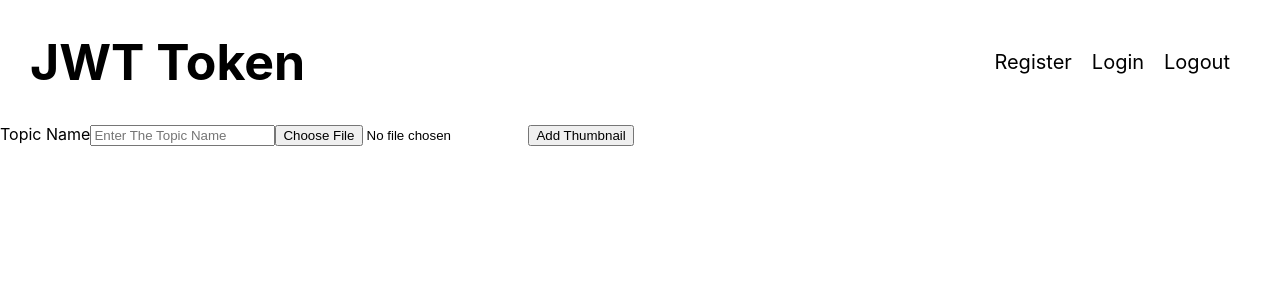
Repository: Prafullkuma/jwttoken
Page: /admin
These files come from the project's save history. The page is drawn as it stood at one moment and after the next save; the edit follows.
The browser window is 1280 px wide. The pictures show the whole page.
The project was rebuilt for these pictures with package versions that can differ from the ones it lists, and the page was loaded fresh each time. Also part of the build but not shown: src/App.css, src/component/Auth/Signup.js, src/component/Auth/Signin.js, src/component/User/User.js, src/component/Admin/Dashboard.css, src/component/Home/Home.js, src/component/Auth/Logout.js.

Above is the page before, as saved 2020-08-22 21:21:41.

### src/App.js
import React from 'react';
import { BrowserRouter, Route } from 'react-router-dom'
import './App.css';
import Navbar from './component/Navbar'
import Signup from './component/Auth/Signup';
import Signin from './component/Auth/Signin';
import User from './component/User/User';
import Dashboard from './component/Admin/Dashboard';
import Home from './component/Home/Home';
import Logout from './component/Auth/Logout'
function App() {
  return (
    <div className="App">
      <BrowserRouter>
        <Navbar />
        <Route path="/signup" component={Signup} />
        <Route path="/signin" component={Signin} />
        <Route path="logout" component={Logout} />
        <Route path="/user" component={User} />
        <Route path="/admin" component={Dashboard} />
        <Route exact path="/" component={Home} />
      </BrowserRouter>
    </div>
  );
}

export default App;

### src/component/Navbar.js
import React from 'react'
import { Link } from 'react-router-dom'
import './Navbar.css'
function Navbar() {
    return (
        <div>
            <section className="Nav">
                <h1> <Link to="/">JWT Token</Link></h1>
                <nav className="navbar-items">
                    <ul>
                        <li><Link to="/signup">Register</Link></li>
                        <li><Link to="/signin">Login</Link></li>
                        <li><Link to="/">Logout</Link></li>
                    </ul>

                </nav>
            </section>
        </div>
    )
}

export default Navbar

### src/component/Admin/Dashboard.js
import React, { useState } from 'react'
import './Dashboard.css'
function Dashboard() {
    const [topic, setTopic] = useState('')
    const [thumbnail, setThumbnail] = useState()
    const addThumbnail = (e) => {
        console.log(e.target.file)
    }
    return (
        <div className="Dashboard">
            <div className="Topic_name">
                <label id="topic">Topic Name</label>
                <input for="topic" type="text"
                    value={topic}
                    onChange={e => setTopic(e.target.value)}
                    placeholder="Enter The Topic Name" />
                <input type="file"
                    value={thumbnail}
                    onChange={e => setThumbnail(e.target.value)} />
                <button onClick={addThumbnail}> Add Thumbnail</button>
            </div>
            <div>

            </div>



        </div>
    )
}

export default Dashboard

### src/component/Navbar.css
.Nav{
display: flex;
align-items: center;
justify-content: space-between;
padding: 30px;
}
ul,li{
    list-style: none;
    float: left;
    margin: 10px;
    font-size: 20px;
}
.Nav h1{
    font-size: 50px;
}
.Nav a{
    text-decoration: none;
    color:black
}
.navbar-items{
    display: flex;
}

Loaded but not shown: src/index.js (common file); src/index.css (common file)

After the next save:
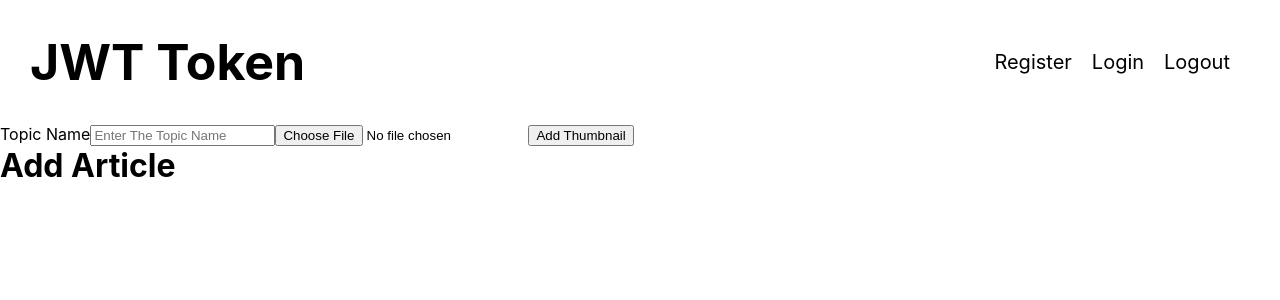
Saved 7 s later.
--- a/src/component/Admin/Dashboard.js
+++ b/src/component/Admin/Dashboard.js
@@ -20,7 +20,7 @@ function Dashboard() {
                 <button onClick={addThumbnail}> Add Thumbnail</button>
             </div>
             <div>
-
+                <h1> Add Article</h1>
             </div>
 
 
